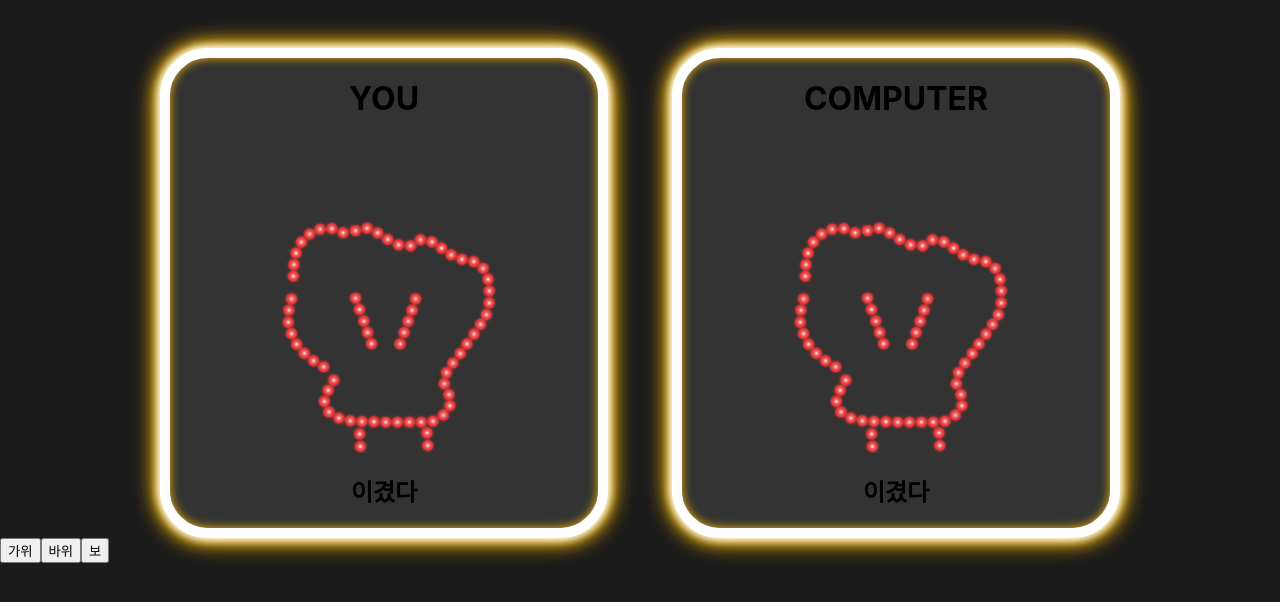
Repository: KIMMIHYE12/classComponent
Page: /
These files come from the project's save history. The page is drawn as it stood at one moment and after the next save; the edit follows.
The browser window is 1280 px wide. The pictures show the whole page.
Some web fonts or font styles are not loaded; a fallback is used. The project was rebuilt for these pictures with package versions that can differ from the ones it lists, and the page was loaded fresh each time.

Above is the page before, as saved 2024-03-18 21:09:54.

After the next save:
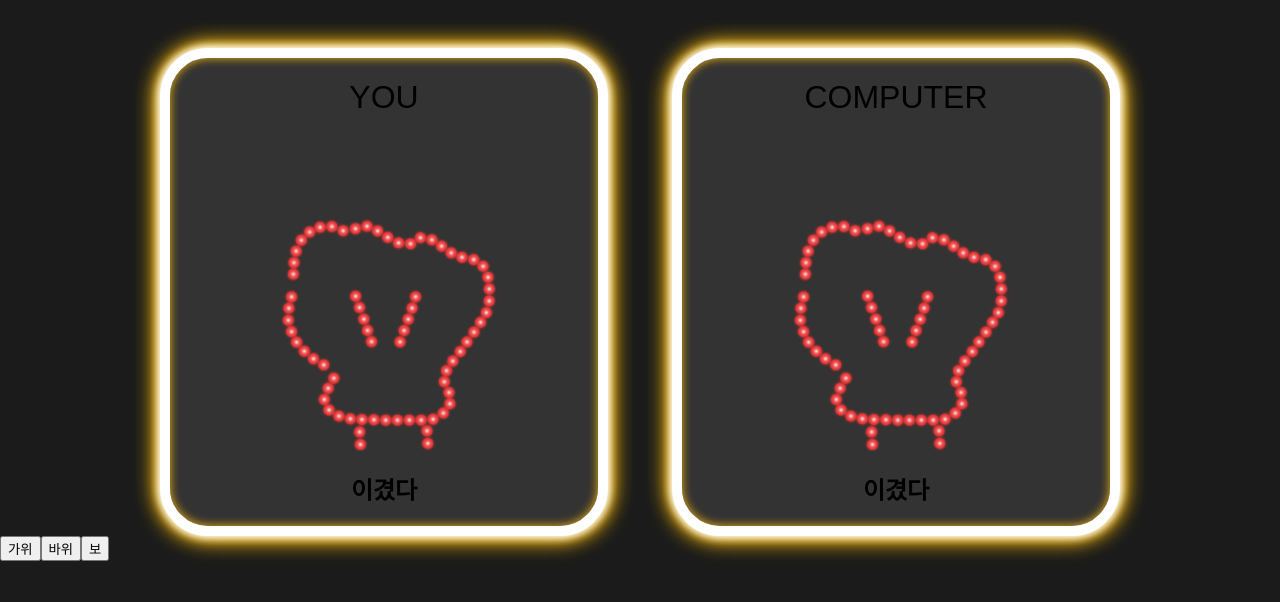
Saved 4 min 46 s later.
--- a/src/App.css
+++ b/src/App.css
@@ -1,3 +1,5 @@
+@import url("https://use.typekit.net/ebb2deg.css");
+
 * {
   box-sizing: border-box;
 }
@@ -24,6 +26,11 @@
   box-shadow: 0 0 10px #fff, 0 0 10px #fff, 0 0 24px #f5b70c, 0 0 16px #f5b70c,
     0 0 24px #f5b70c, inset 0 0 10px #f5b70c;
 }
+h1 {
+  font-family: "gloridot", sans-serif;
+  font-weight: 400;
+  font-style: normal;
+}
 img {
   width: 70%;
 }
